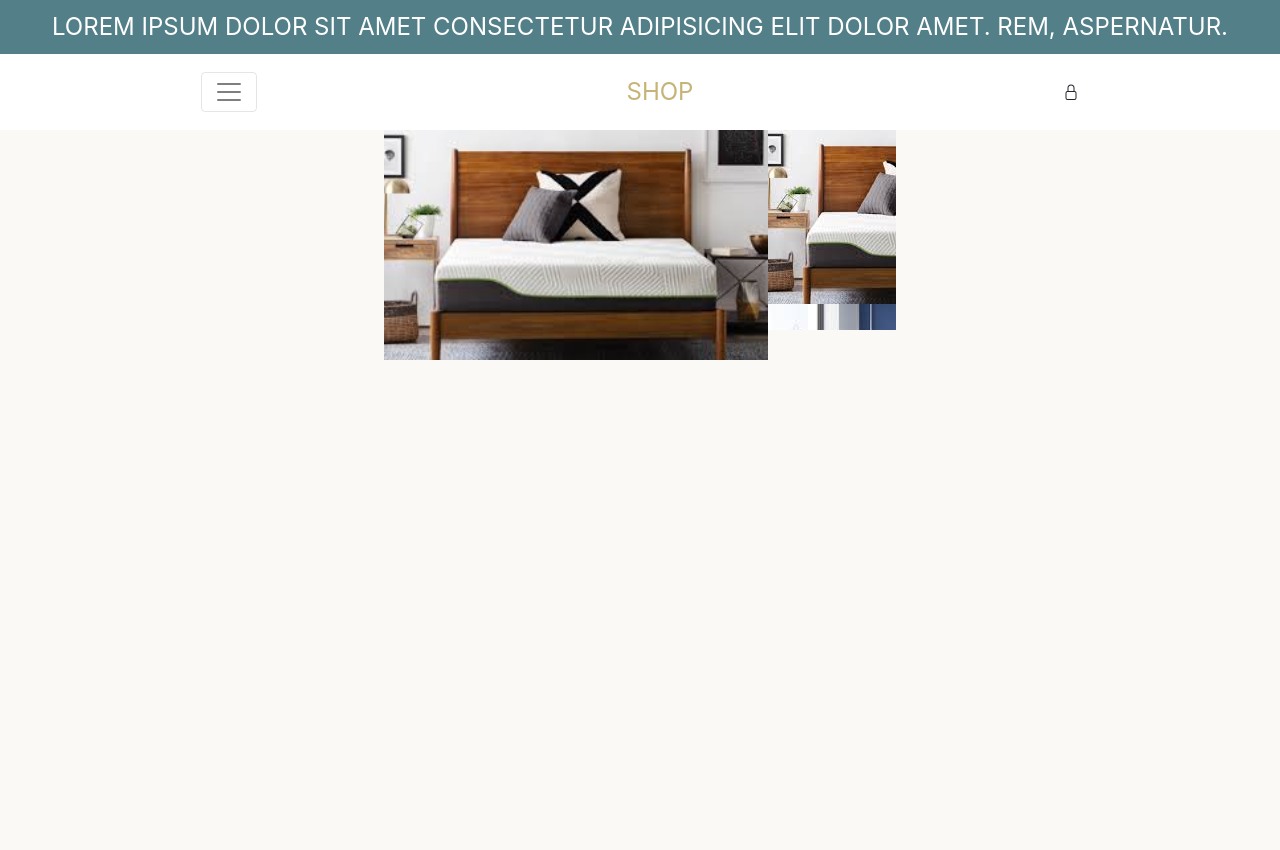
Repository: DaNiels89/frontendassignmentbogbootcamp
Page: index.html
An editor plug-in stored every save of this project. The page is shown before and after the next save, followed by the edit.
The browser window is 1280 px wide. The pictures show the whole page.

Above is the page before, as saved 2020-03-19 18:25:02.

After the next save:
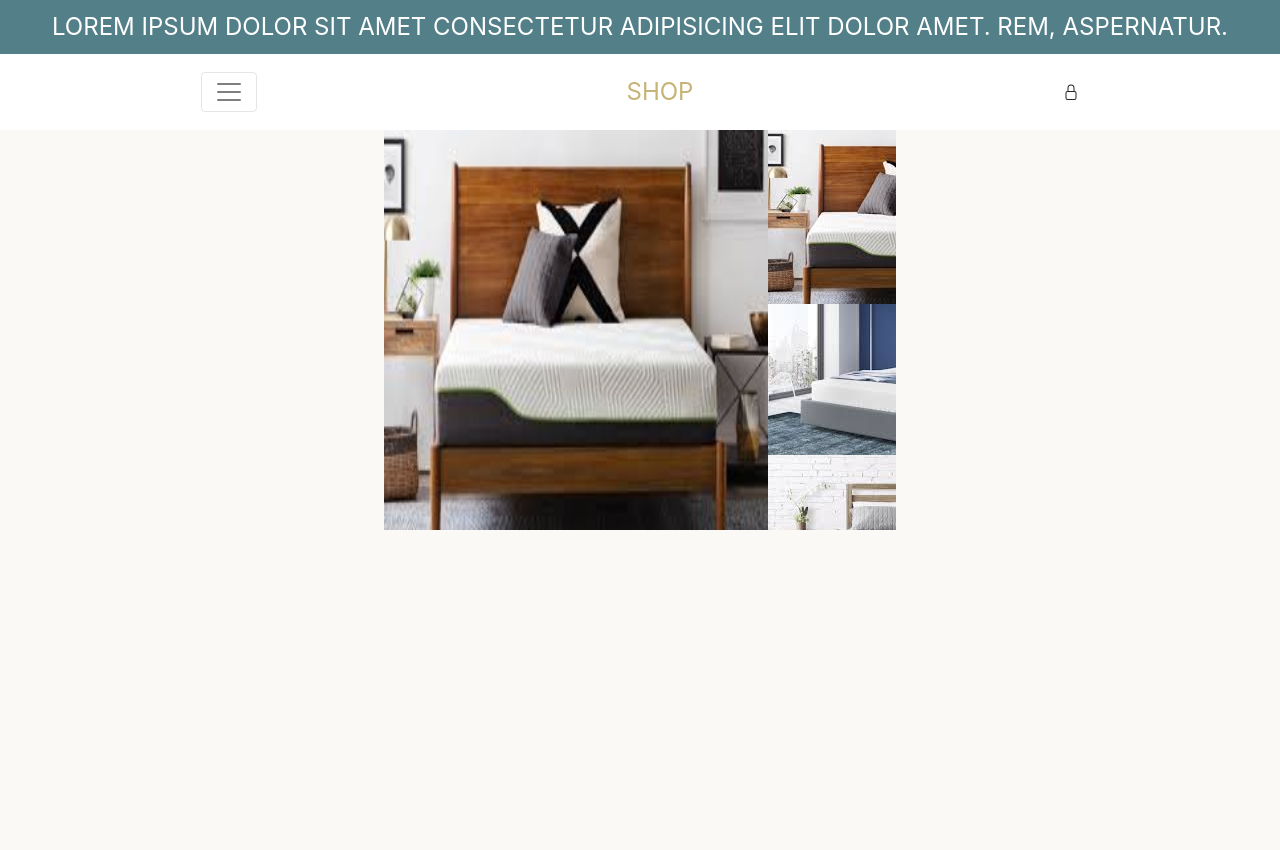
Saved 27 s later.
--- a/css/styles.css
+++ b/css/styles.css
@@ -49,6 +49,6 @@
 
 .right-carousel {
   width: 10%;
-  height: 200px;
+  height: 400px;
   overflow: hidden;
 }
